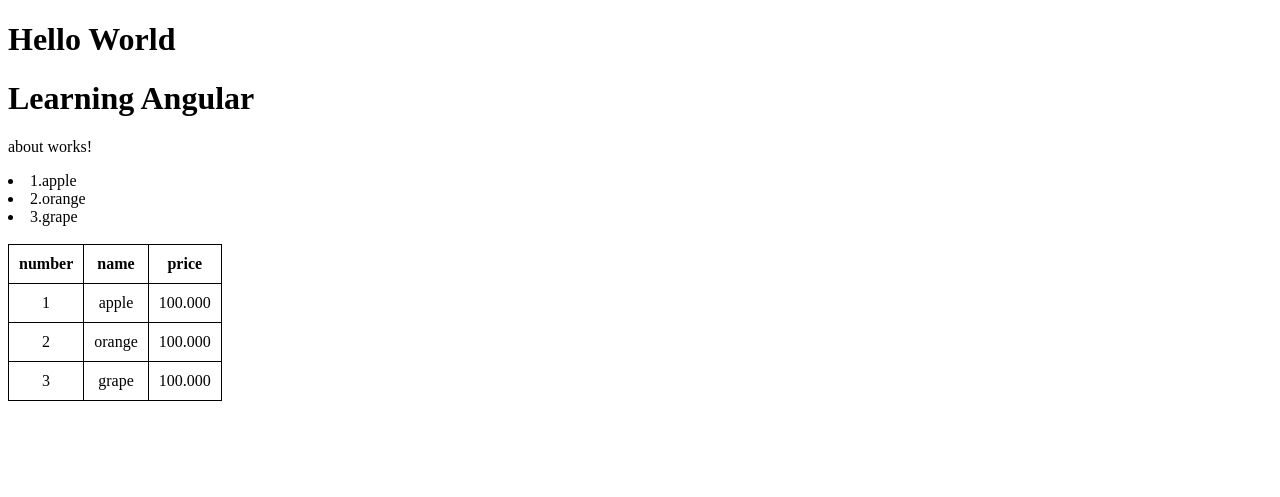
Repository: PhamTrungNguyen/Angular12
Page: / (app in Angular/)
The author's editor kept a copy of each file at every save. The page is drawn from the files as they stood at one save, then again after a run of saves.
The browser window is 1280 px wide. The pictures show the whole page.
The project was rebuilt for these pictures with package versions that can differ from the ones it lists, and the page was loaded fresh each time. Also part of the build but not shown: Angular/angular.json, Angular/src/app/home/home.component.ts.

Above is the page before, as saved 2022-12-31 23:01:28.

### Angular/src/app/app.module.ts
import { NgModule } from '@angular/core';
import { BrowserModule } from '@angular/platform-browser';

import { AppRoutingModule } from './app-routing.module';
import { AppComponent } from './app.component';
import { HomeComponent } from './home/home.component';
import { AboutComponent } from './about/about.component';
import { FormsModule } from '@angular/forms';
@NgModule({
  declarations: [AppComponent, HomeComponent, AboutComponent],
  imports: [BrowserModule, AppRoutingModule, FormsModule],
  providers: [],
  bootstrap: [AppComponent],
})
export class AppModule {}

### Angular/src/app/about/about.component.ts
import { Component } from '@angular/core';

@Component({
  selector: 'app-about',
  templateUrl: './about.component.html',
  styleUrls: ['./about.component.scss'],
})
export class AboutComponent {
  public fruit = ['apple', 'orange', 'grape'];

  public ngOnInit(): void {
    console.log('Fruit', this.fruit);
  }
}

### Angular/src/app/app.component.html
<h1>Hello World</h1>
<h1>Learning Angular</h1>
<!-- <app-home></app-home> -->
<app-about></app-about>

### Angular/src/app/about/about.component.html
<p>about works!</p>
<div *ngFor="let item of fruit; let i=index">
    <li>{{i+1}}.{{ item }}</li>
</div>
<br>
<table class="table">
    <thead>
        <tr>
            <th>number</th>
            <th>name</th>
            <th>price</th>
        </tr>
    </thead>
    <tbody>
        <tr *ngFor="let item of fruit; let i=index">
            <td>{{i+1}}</td>
            <td>{{item}}</td>
            <td>100.000</td>
        </tr>
    </tbody>
</table>

### Angular/src/app/about/about.component.scss
.table,
td,
th {
  border-collapse: collapse;
  border: 1px solid #000;
  padding: 10px;
  text-align: center;
}

Loaded but not shown: Angular/src/index.html (common file); Angular/src/styles.scss (common file); Angular/src/main.ts (common file); Angular/src/app/app-routing.module.ts (common file); Angular/src/app/app.component.ts (common file); Angular/src/app/app.component.scss (no stored copy; drawn as an empty file)

After the next 2 saves:
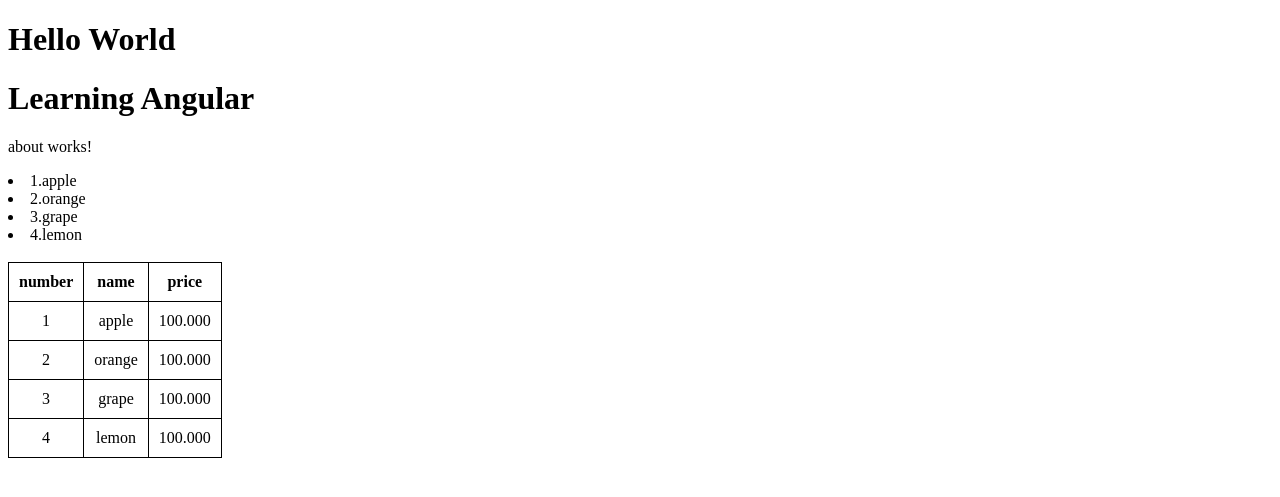
The 2 saves are shown as one change because they came seconds apart.
The last was saved 37 s later.
--- a/Angular/src/app/about/about.component.ts
+++ b/Angular/src/app/about/about.component.ts
@@ -6,7 +6,7 @@
   styleUrls: ['./about.component.scss'],
 })
 export class AboutComponent {
-  public fruit = ['apple', 'orange', 'grape'];
+  public fruit = ['apple', 'orange', 'grape', 'lemon'];
 
   public ngOnInit(): void {
     console.log('Fruit', this.fruit);
